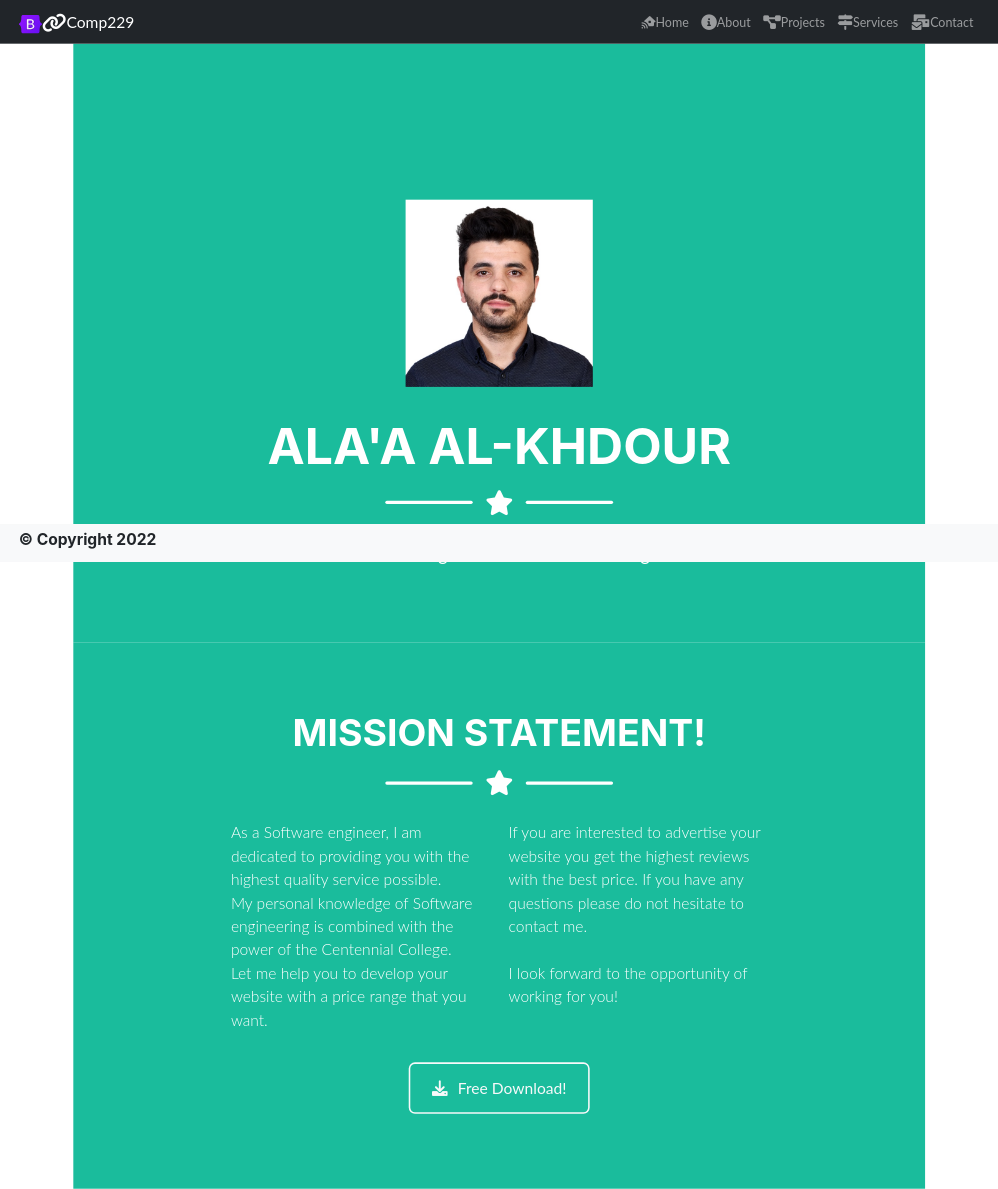
Repository: alaakhdour/heroukulivesite-section1
Page: http://localhost/
These files come from the project's save history. The page is drawn as it stood at one moment and after the next save; the edit follows.
The browser window is 1280 px wide. The pictures show the whole page, at 78% of full size.
The page is served by the project's Node server (server.js). Other server files are loaded and not shown.

Above is the page before, as saved 2022-06-17 08:11:54.

### Server/Views/index.ejs

<!DOCTYPE html>
<html lang="en">
<head>
    <meta charset="UTF-8">
    <meta http-equiv="X-UA-Compatible" content="IE=edge">
    <meta name="viewport" content="width=device-width, initial-scale=1.0">
    <title><%= title %></title>
    <!-- CSS Section -->
    <link rel="stylesheet" href="./bootstrap/dist/css/bootstrap.min.css">
    <link rel="stylesheet" href="./@fortawsome/fontawesome-free/css/all.min.css">
    <link rel="stylesheet" href="./Content/app.css">
    <link rel="stylesheet" href="./Content/styles.css">
</head>
<body>
    <!-- Main Navigation Section -->
    <header>
        <%- include('./components/header.ejs'); %>
    </header>

    <!-- Content Section-->
    <main>
        <%- include('content/' + page + '.ejs'); %>

    </main>

    <!-- Site-wide footer-->
    <footer>
        <%- include('components/footer.ejs'); %>
    </footer>

    <!-- JavaScript Section -->
    <script src="./jquery/dist/jquery.min.js"></script>
    <script src="./bootstrap/dist/js/bootstrap.min.js"></script>
    <script src="./@fortawesome/fontawesome-free/js/all.min.js"></script>
    <script src="./Scripts/app.js"></script>
</body>
</html>

### Server/Views/components/header.ejs
<nav class="navbar navbar-expand-lg navbar-dark bg-dark">
    <div class="container-fluid">
      <a class="navbar-brand" href="/"> <img src="./Assets/images/bootstrap-logo.svg" alt="" width="30" height="24"><i class="fa-solid fa-link fa-lg"></i>Comp229</a>
      <button class="navbar-toggler" type="button" data-bs-toggle="collapse" data-bs-target="#navbarSupportedContent" aria-controls="navbarSupportedContent" aria-expanded="false" aria-label="Toggle navigation">
        <span class="navbar-toggler-icon"></span>
      </button>
      <div class="collapse navbar-collapse" id="navbarSupportedContent">
        <ul class="navbar-nav ms-auto mb-2 mb-lg-0">
          <li class="nav-item">
            <a class="nav-link" aria-current="page" href="/home"><i class="fa-solid fa-house-signal"></i>Home</a>
          </li>

          <li class="nav-item">
            <a class="nav-link" aria-current="page" href="/about"><i class="fa-solid fa-circle-info fa-lg"></i>About</a>
          </li>

          <li class="nav-item">
            <a class="nav-link" aria-current="page" href="/projects"><i class="fa-solid fa-diagram-project fa-lg"></i>Projects</a>
          </li>

          <li class="nav-item">
            <a class="nav-link" aria-current="page" href="/services"><i class="fa-solid fa-signs-post fa-lg"></i>Services</a>
          </li>

          <li class="nav-item">
            <a class="nav-link" aria-current="page" href="/contact"><i class="fa-solid fa-envelopes-bulk fa-lg"></i>Contact </a>
          </li>


        </ul>
      </div>
    </div>
  </nav>

### Server/Views/content/home.ejs
<div class="container">
    <header class="masthead bg-primary text-white text-center">
        <div class="container d-flex align-items-center flex-column">
            <!-- Masthead Avatar Image-->
            <img class="masthead-avatar mb-5" src="./Assets/images/Alaa.jpg" alt="..." />
            <!-- Masthead Heading-->
            <h1 class="masthead-heading text-uppercase mb-0">Ala'a Al-khdour</h1>
            <!-- Icon Divider-->
            <div class="divider-custom divider-light">
                <div class="divider-custom-line"></div>
                <div class="divider-custom-icon"><i class="fas fa-star"></i></div>
                <div class="divider-custom-line"></div>
            </div>
            <!-- Masthead Subheading-->
            <p class="masthead-subheading font-weight-light mb-0">Software Engineer - Centennial  College</p>
        </div>
    </header>



    <section class="page-section bg-primary text-white mb-0" id="about">
        <div class="container">
            <!-- About Section Heading-->
            <h2 class="page-section-heading text-center text-uppercase text-white">Mission Statement!</h2>
            <!-- Icon Divider-->
            <div class="divider-custom divider-light">
                <div class="divider-custom-line"></div>
                <div class="divider-custom-icon"><i class="fas fa-star"></i></div>
                <div class="divider-custom-line"></div>
            </div>
            <!-- About Section Content-->
            <div class="row">
                <div class="col-lg-4 ms-auto"><p class="lead">As a Software engineer, I am dedicated to providing you with the highest quality service possible.<br> My personal knowledge of Software engineering is combined with the power of the Centennial College.<br>
                    Let me help you to develop your website with a price range that you want.</p></div>
                <div class="col-lg-4 me-auto"><p class="lead"> If you are interested to advertise your website you get the highest reviews with the best price.
                    If you have any questions please do not hesitate to contact me.<br><br> I look forward to the opportunity of working for you!</p></div>
            </div>
            <!-- About Section Button-->
            <div class="text-center mt-4">
                <a class="btn btn-xl btn-outline-light" href="https://startbootstrap.com/theme/freelancer/">
                    <i class="fas fa-download me-2"></i>
                    Free Download!
                </a>
            </div>
        </div>
    </section>
</div>

### Server/Views/components/footer.ejs
<nav class="navbar fixed-bottom bg-light">
    <div class="container-fluid">
      <h5 id="copyright">&copy; Copyright 2022</h5>
    </div>
  </nav>

### server.js
"use strict";
var __importDefault = (this && this.__importDefault) || function (mod) {
    return (mod && mod.__esModule) ? mod : { "default": mod };
};
Object.defineProperty(exports, "__esModule", { value: true });
const app_1 = __importDefault(require("./Server/Config/app"));
const debug_1 = __importDefault(require("debug"));
(0, debug_1.default)('week4:server');
const http_1 = __importDefault(require("http"));
const port = normalizePort(process.env.PORT || '3000');
app_1.default.set('port', port);
const server = http_1.default.createServer(app_1.default);
server.listen(port);
server.on('error', onError);
server.on('listening', onListening);
function normalizePort(val) {
    let port = parseInt(val, 10);
    if (isNaN(port)) {
        return val;
    }
    if (port >= 0) {
        return port;
    }
    return false;
}
function onError(error) {
    if (error.syscall !== 'listen') {
        throw error;
    }
    let bind = typeof port === 'string'
        ? 'Pipe ' + port
        : 'Port ' + port;
    switch (error.code) {
        case 'EACCES':
            console.error(bind + ' requires elevated privileges');
            process.exit(1);
            break;
        case 'EADDRINUSE':
            console.error(bind + ' is already in use');
            process.exit(1);
            break;
        default:
            throw error;
    }
}
function onListening() {
    let addr = server.address();
    let bind = 'pipe ' + addr;
    (0, debug_1.default)('Listening on ' + bind);
}
//# sourceMappingURL=server.js.map

### Server/Routes/index.js
"use strict";
var __importDefault = (this && this.__importDefault) || function (mod) {
    return (mod && mod.__esModule) ? mod : { "default": mod };
};
Object.defineProperty(exports, "__esModule", { value: true });
const express_1 = __importDefault(require("express"));
const router = express_1.default.Router();
router.get('/', function (req, res, next) {
    res.render('index', { title: 'Home', page: 'home' });
});
router.get('/home', function (req, res, next) {
    res.render('index', { title: 'Home', page: 'home' });
});
router.get('/about', function (req, res, next) {
    res.render('index', { title: 'About Us', page: 'about' });
});
router.get('/projects', function (req, res, next) {
    res.render('index', { title: 'My Projects', page: 'projects' });
});
router.get('/services', function (req, res, next) {
    res.render('index', { title: 'My services', page: 'services' });
});
router.get('/contact', function (req, res, next) {
    res.render('index', { title: 'contact us', page: 'contact' });
});
exports.default = router;
//# sourceMappingURL=index.js.map

### Client/Assets/images/bootstrap-logo.svg
<svg xmlns="http://www.w3.org/2000/svg" width="512" height="408"><defs><linearGradient id="bs-logo-a" x1="76.079" x2="523.48" y1="10.798" y2="365.945" gradientUnits="userSpaceOnUse"><stop stop-color="#9013fe"/><stop offset="1" stop-color="#6610f2"/></linearGradient><linearGradient id="bs-logo-b" x1="193.508" x2="293.514" y1="109.74" y2="278.872" gradientUnits="userSpaceOnUse"><stop stop-color="#fff"/><stop offset="1" stop-color="#f1e5fc"/></linearGradient><filter xmlns="http://www.w3.org/2000/svg" id="bs-logo-c" width="197" height="249" x="161.901" y="83.457" color-interpolation-filters="sRGB" filterUnits="userSpaceOnUse"><feFlood flood-opacity="0" result="BackgroundImageFix"/><feColorMatrix in="SourceAlpha" values="0 0 0 0 0 0 0 0 0 0 0 0 0 0 0 0 0 0 127 0"/><feOffset dy="4"/><feGaussianBlur stdDeviation="8"/><feColorMatrix values="0 0 0 0 0 0 0 0 0 0 0 0 0 0 0 0 0 0 0.15 0"/><feBlend in2="BackgroundImageFix" result="effect1_dropShadow"/><feBlend in="SourceGraphic" in2="effect1_dropShadow" result="shape"/></filter></defs><path fill="url(#bs-logo-a)" d="M56.481 53.32C55.515 25.58 77.128 0 106.342 0h299.353c29.214 0 50.827 25.58 49.861 53.32-.928 26.647.277 61.165 8.964 89.31 8.715 28.232 23.411 46.077 47.48 48.37v26c-24.069 2.293-38.765 20.138-47.48 48.37-8.687 28.145-9.892 62.663-8.964 89.311.966 27.739-20.647 53.319-49.861 53.319H106.342c-29.214 0-50.827-25.58-49.86-53.319.927-26.648-.278-61.166-8.966-89.311C38.802 237.138 24.07 219.293 0 217v-26c24.069-2.293 38.802-20.138 47.516-48.37 8.688-28.145 9.893-62.663 8.965-89.31z"/><path fill="url(#bs-logo-b)" filter="url(#bs-logo-c)" stroke="#fff" d="M267.103 312.457c47.297 0 75.798-23.158 75.798-61.355 0-28.873-20.336-49.776-50.532-53.085v-1.203c22.185-3.609 39.594-24.211 39.594-47.219 0-32.783-25.882-54.138-65.322-54.138h-88.74v217h89.202zm-54.692-189.48h45.911c24.958 0 39.131 11.128 39.131 31.279 0 21.505-16.484 33.535-46.372 33.535h-38.67v-64.814zm0 161.961v-71.431h45.602c32.661 0 49.608 12.03 49.608 35.49 0 23.459-16.484 35.941-47.605 35.941h-47.605z"/></svg>

### Client/data/data.json
{
    "FullName": "AlaaAlkhdour",
    "ContactNumber": "999999999999",
    "EmailAddress": "ala@example.com"
}

### content/app.css
h1
{
    font-size: 70px;
    font-family: Verdana, Geneva, Tahoma, sans-serif;
}

### scripts/app.js
//IIFE
(function()
{

    function Start()
    {
        console.log("App Started!");

        // use AJAX to read JSON file

        // Step 1: Create a new XHR object
        let XHR = new XMLHttpRequest();

        // Step 2: Create the request
        XHR.open("GET", "../data/data.json");

        // Step 3: Send the request
        XHR.send();

        // Step 4: create an event listener/handler
        XHR.addEventListener("readystatechange", function()
        {
            if(XHR.readyState == 4 && XHR.status == 200)
            {
                console.log("JSON Data:");
                console.log("===========");
                console.log(XHR.responseText);
            }
        });
    }

    window.addEventListener("load", Start);

})();

Loaded but not shown: Client/content/styles.css (library)

After the next save:
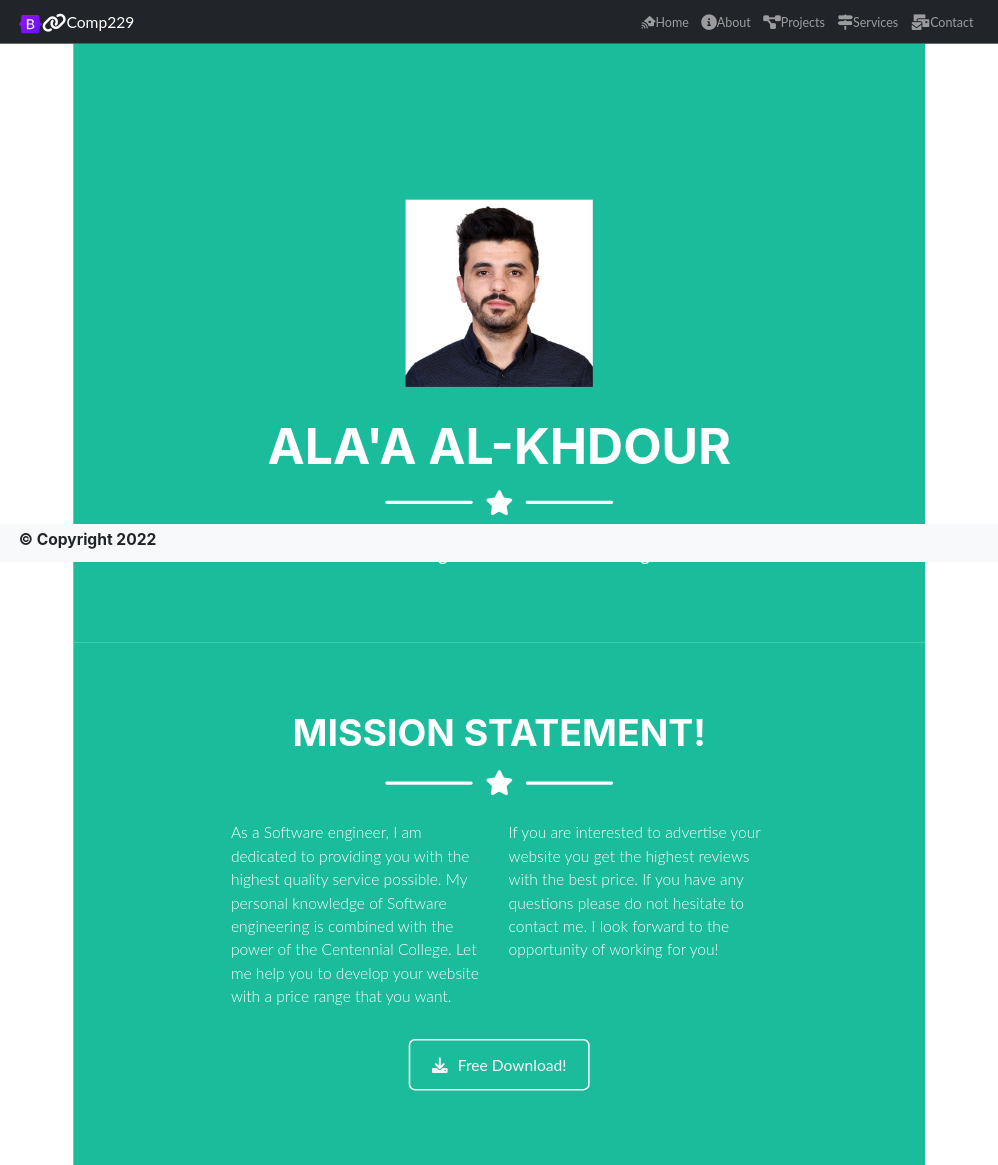
Saved 61 s later.
--- a/Server/Views/content/home.ejs
+++ b/Server/Views/content/home.ejs
@@ -30,10 +30,10 @@
             </div>
             <!-- About Section Content-->
             <div class="row">
-                <div class="col-lg-4 ms-auto"><p class="lead">As a Software engineer, I am dedicated to providing you with the highest quality service possible.<br> My personal knowledge of Software engineering is combined with the power of the Centennial College.<br>
+                <div class="col-lg-4 ms-auto"><p class="lead">As a Software engineer, I am dedicated to providing you with the highest quality service possible. My personal knowledge of Software engineering is combined with the power of the Centennial College.
                     Let me help you to develop your website with a price range that you want.</p></div>
                 <div class="col-lg-4 me-auto"><p class="lead"> If you are interested to advertise your website you get the highest reviews with the best price.
-                    If you have any questions please do not hesitate to contact me.<br><br> I look forward to the opportunity of working for you!</p></div>
+                    If you have any questions please do not hesitate to contact me. I look forward to the opportunity of working for you!</p></div>
             </div>
             <!-- About Section Button-->
             <div class="text-center mt-4">
